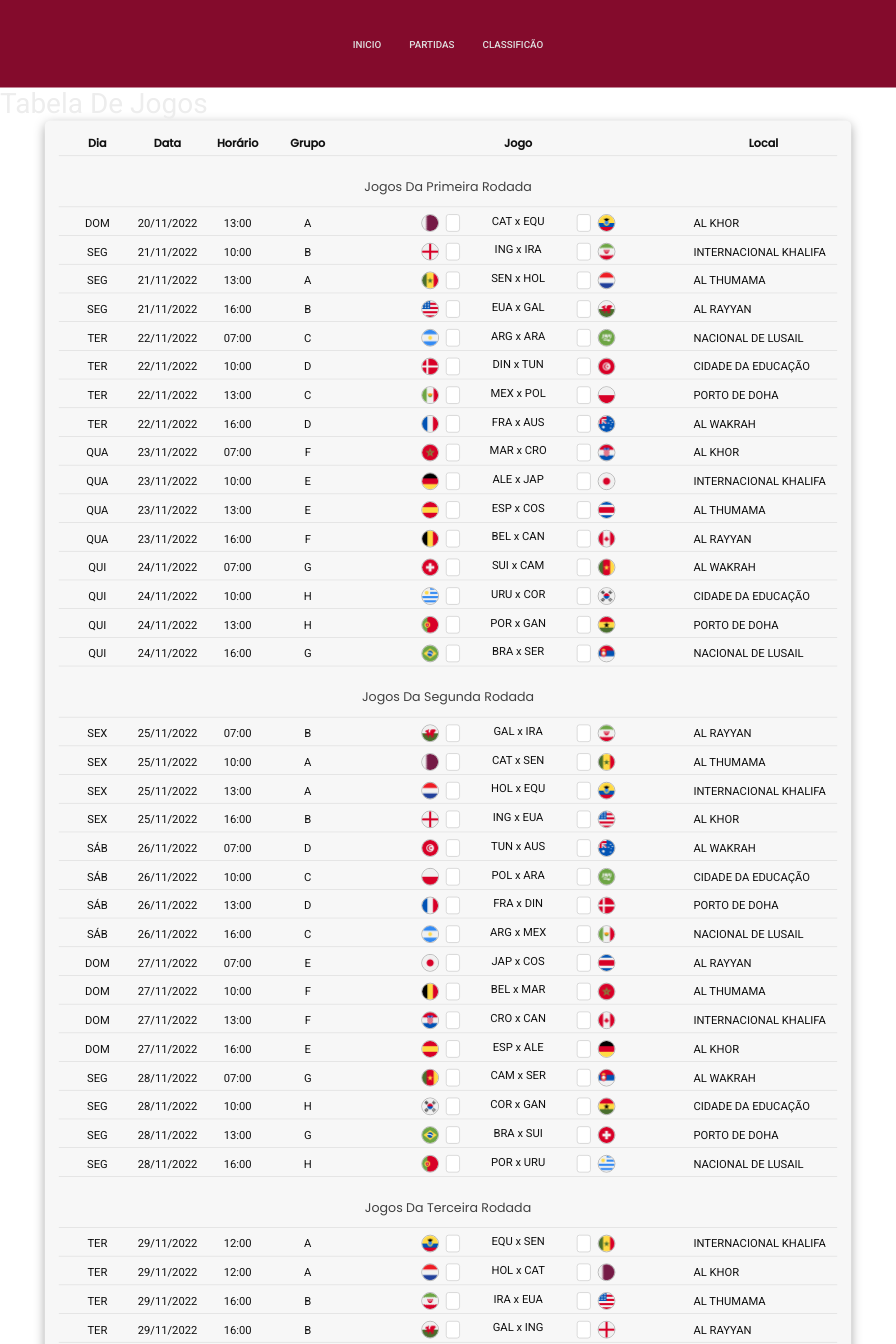
Repository: mayconndouglass/cup-simulator
Page: index.html
These files come from the project's save history. The page is drawn as it stood at one moment and after the next save; the edit follows.
The browser window is 1280 px wide. The pictures show the part of the page from y = 0 to 1920 px (the page is 2899 px tall before and 2852 px after), at 70% of full size.

Above is the page before, as saved 2023-01-10 09:02:10.

After the next save:
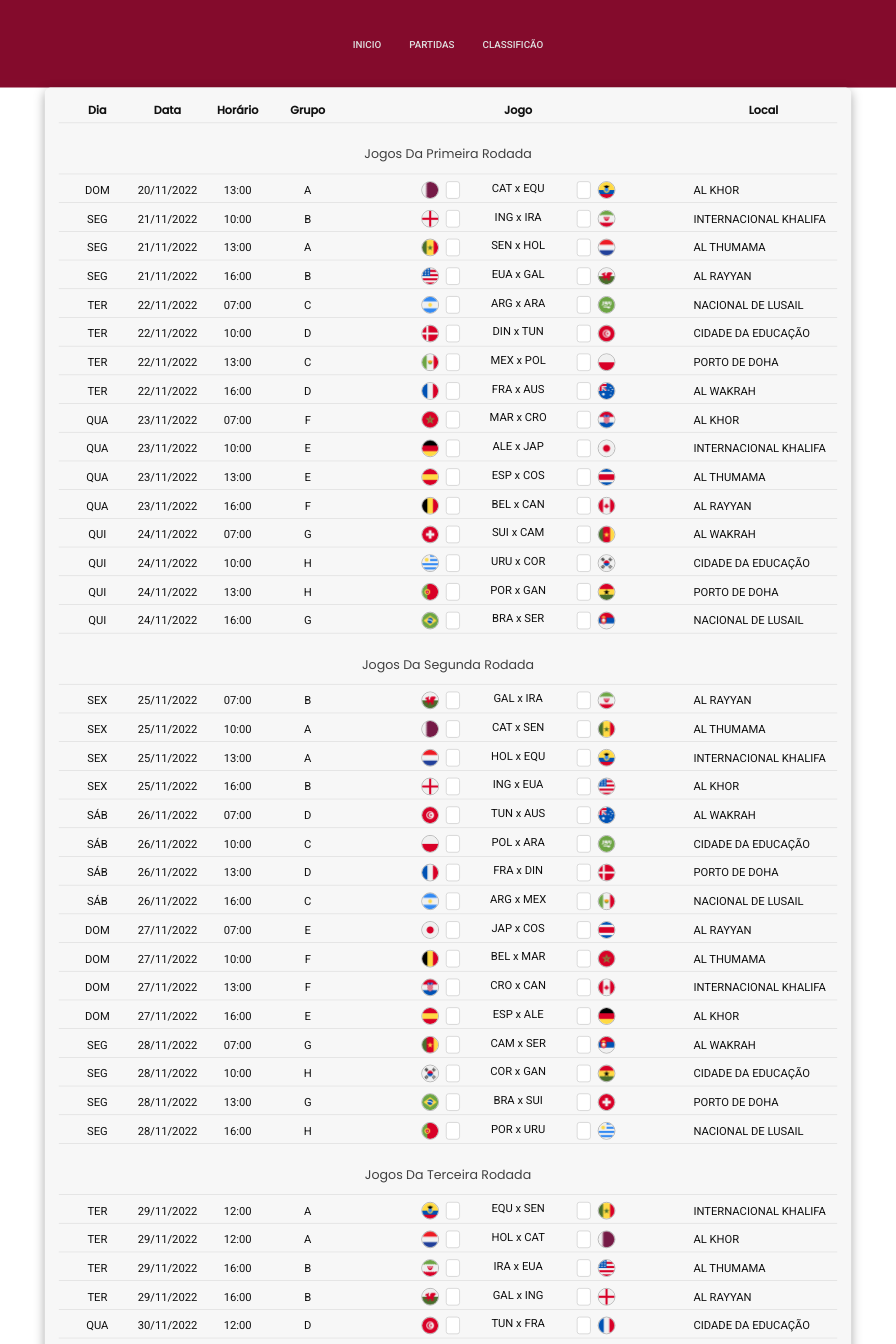
Saved 32 s later.
--- a/index.html
+++ b/index.html
@@ -23,7 +23,6 @@
   </header>
 
   <section class="container-table">
-    <h2 id="title-table">Tabela De Jogos</h2>
 
     <section class="table-games">
       <div class="game title">
